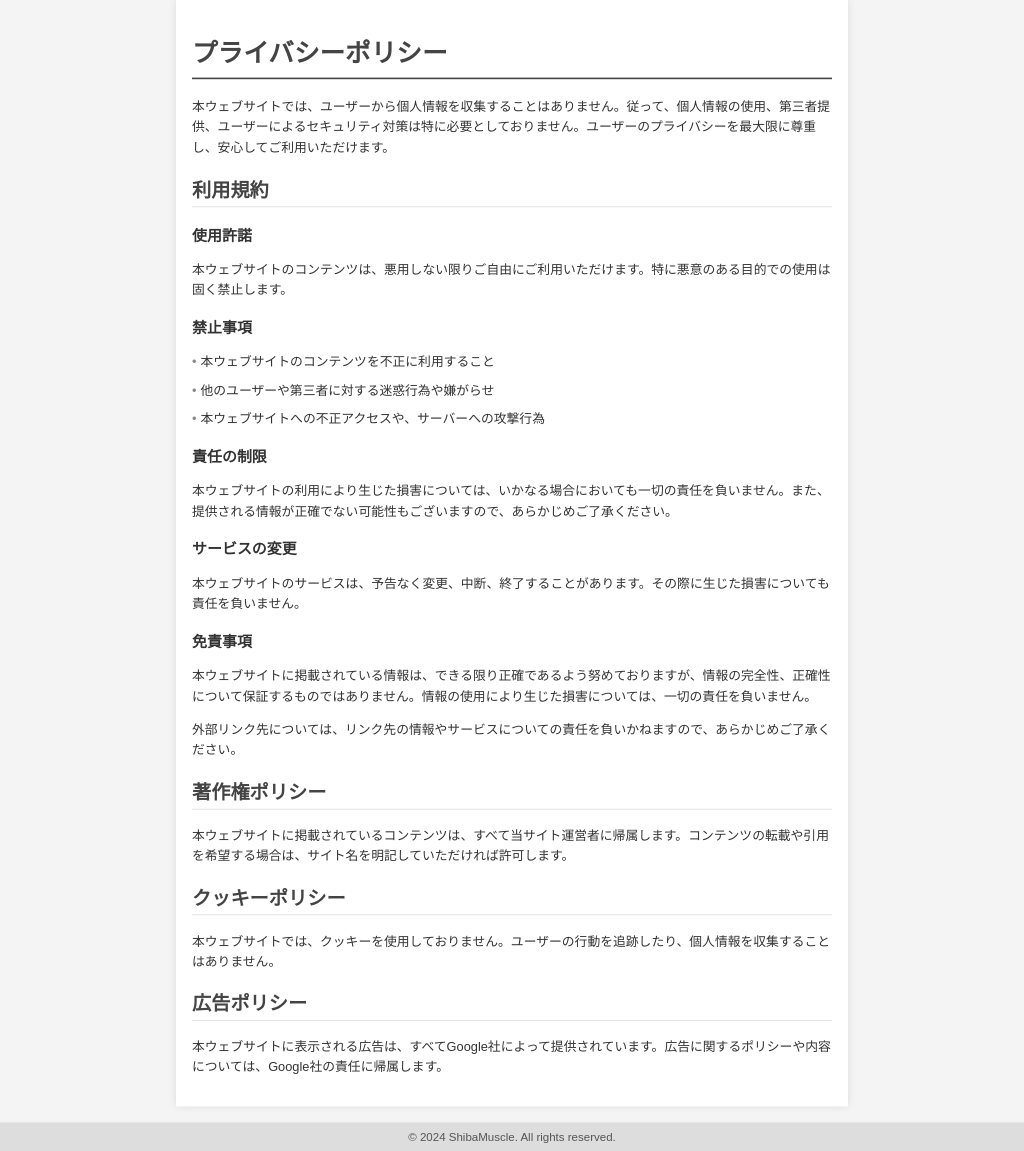
Repository: Takahshiba/shibamuscle.github.io
Page: ShibaMuscle/Others/PrivacyPolicy.html
The author's editor kept a record of every edit. The page is drawn from the files as they stood at one moment, then again after the next edit.
The browser window is 1280 px wide. The pictures show the whole page, at 80% of full size.

Above is the page before.

After the next edit:
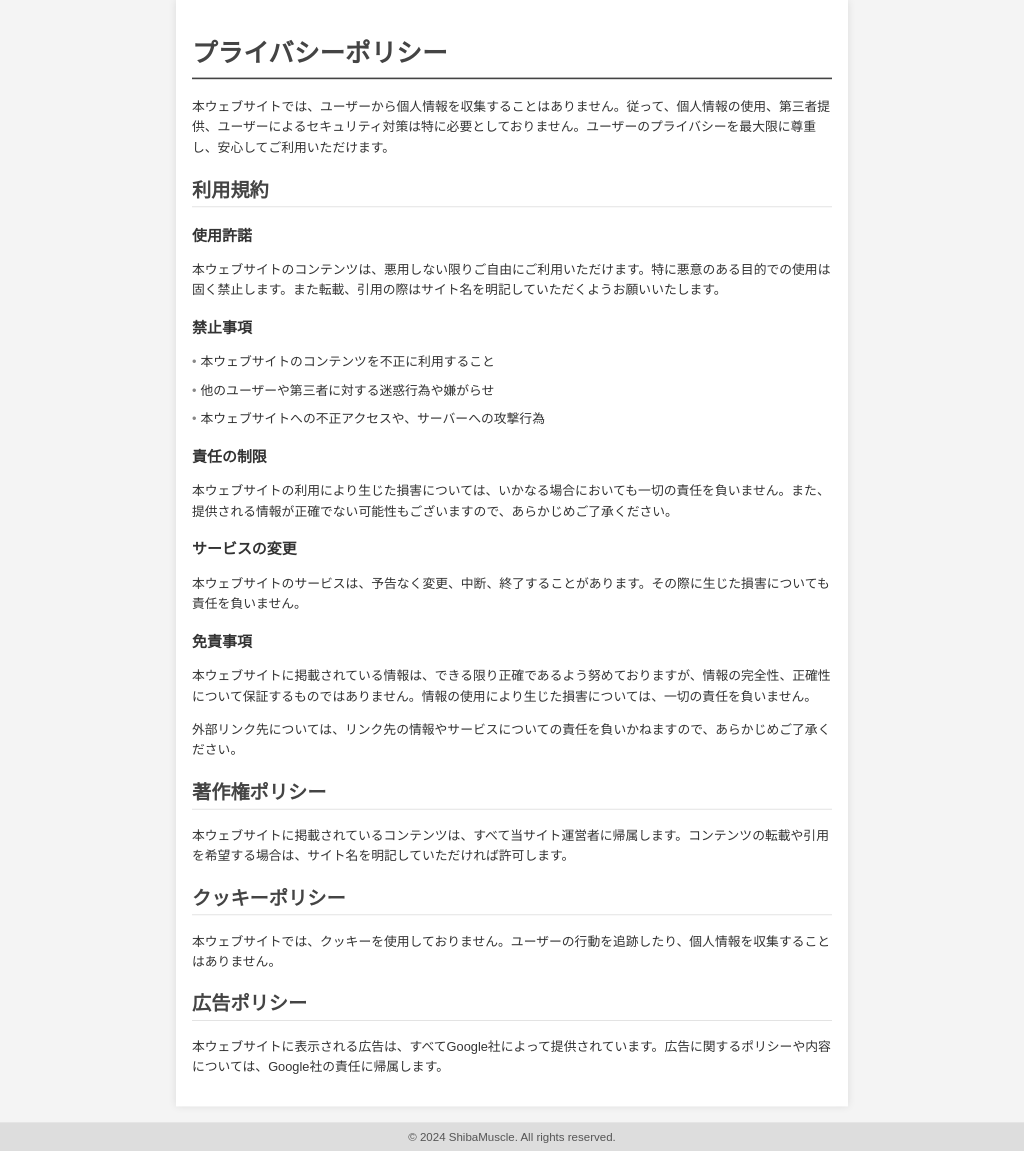
The edit:
--- a/ShibaMuscle/Others/PrivacyPolicy.html
+++ b/ShibaMuscle/Others/PrivacyPolicy.html
@@ -70,7 +70,7 @@
 
         <h3>使用許諾</h3>
         <p>
-            本ウェブサイトのコンテンツは、悪用しない限りご自由にご利用いただけます。特に悪意のある目的での使用は固く禁止します。
+            本ウェブサイトのコンテンツは、悪用しない限りご自由にご利用いただけます。特に悪意のある目的での使用は固く禁止します。また転載、引用の際はサイト名を明記していただくようお願いいたします。
         </p>
 
         <h3>禁止事項</h3>
